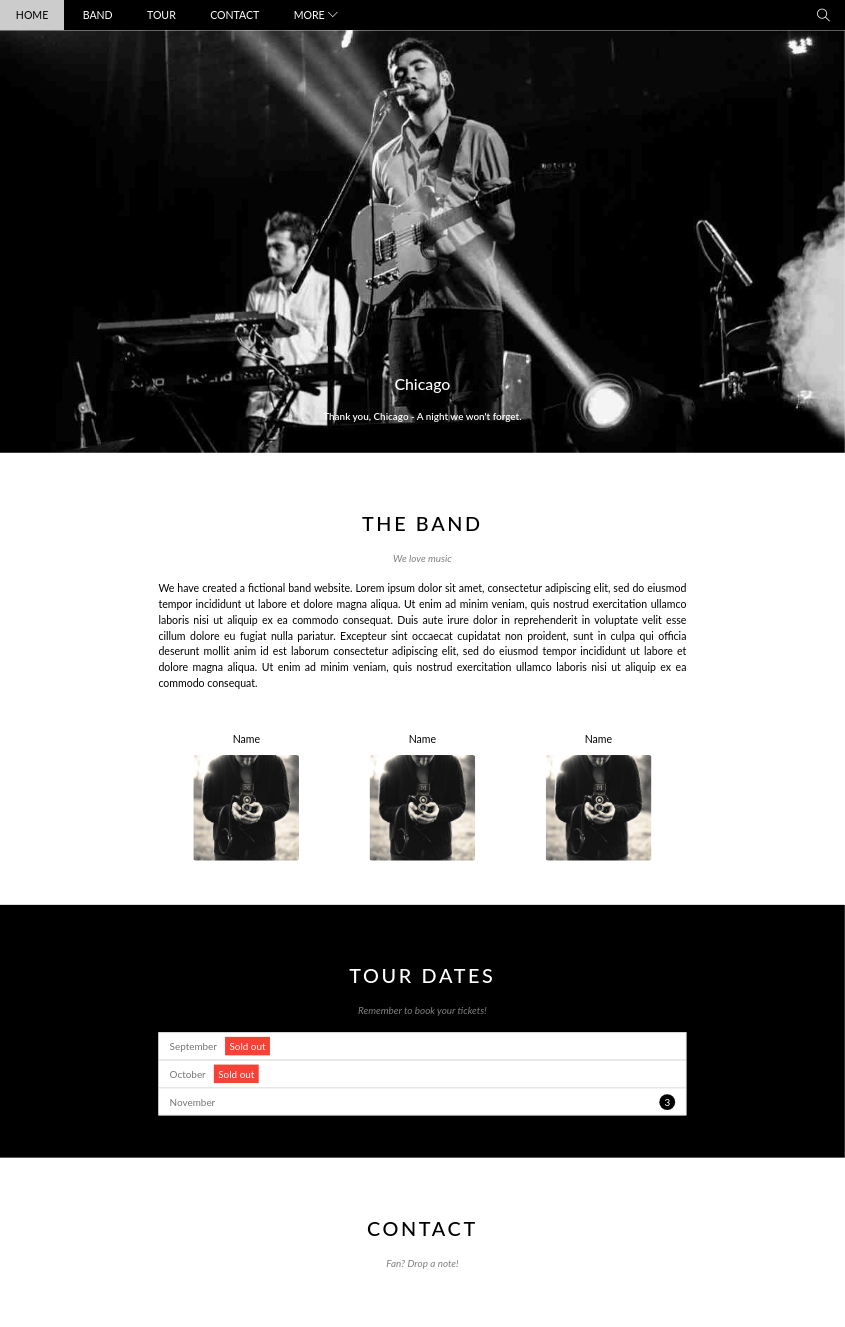
Repository: tatvanhco/web-dau-tay
Page: index.html
The author's editor kept a copy of each file at every save. The page is drawn from the files as they stood at one save, then again after the next save.
The browser window is 1280 px wide. The pictures show the whole page, at 66% of full size.

Above is the page before, as saved 2022-01-23 19:51:13.

### index.html
<!DOCTYPE html>
<html lang="en">
<head>
    <meta charset="UTF-8">
    <!-- <meta http-equiv="X-UA-Compatible" content="IE=edge"> -->
    <meta name="viewport" content="width=device-width, initial-scale=1.0">
    <title>the band</title>
    <link rel="shortcut icon" href="./assets/img/band/logo.png" type="image/x-icon">
    <link rel="stylesheet" href="./assets/fronts/themify-icons/themify-icons.css">
    <link rel="stylesheet" href="./assets/css/style.css">
    <link rel="stylesheet" href="./assets/css/responsive.css">
</head>
<body>
    <div id="main">
        <div id="header">
            <ul id="nav">
                <li><a href="#">home</a></li>
                <li><a href="#">band</a></li>
                <li><a href="#">tour</a></li>
                <li><a href="#">contact</a></li>
                <li>
                    <a href="#">more
                        <i class="drop-down ti-angle-down"></i>
                    </a>
                    <div class="subnav">
                        <ul>
                            <li><a href="">Merchandise</a></li>
                            <li><a href="">Extras</a></li>
                            <li><a href="">Media</a></li>
                        </ul>
                    </div>
                </li>
            </ul>
            <div class="search-btn">
                <i class="search-icon ti-search"></i>
            </div>
        </div>
        <div id="slide">
            <div class="text-content">
                <h2 class="text-heading">Chicago</h2>
                <div class="text-desc">Thank you, Chicago - A night we won't forget.</div>
            </div>
        </div>
        <div id="content">
            <div class="content-section">
                <h2 class="section-heading">THE BAND</h2>
                <p class="section-sub-heading">We love music</p>
                <p class="about">
                    We have created a fictional band website. Lorem ipsum dolor sit amet, consectetur adipiscing elit, sed do eiusmod tempor incididunt ut labore et dolore magna aliqua. Ut enim ad minim veniam, quis nostrud exercitation ullamco laboris nisi ut aliquip ex ea commodo consequat. Duis aute irure dolor in reprehenderit in voluptate velit esse cillum dolore eu fugiat nulla pariatur. Excepteur sint occaecat cupidatat non proident, sunt in culpa qui officia deserunt mollit anim id est laborum consectetur adipiscing elit, sed do eiusmod tempor incididunt ut labore et dolore magna aliqua. Ut enim ad minim veniam, quis nostrud exercitation ullamco laboris nisi ut aliquip ex ea commodo consequat.
                </p>
                <div class="team">
                    <div class="team-list">
                        <p class="team-name">Name</p>
                        <img src="./assets/img/band/member.jpg" >
                    </div>

                    <div class="team-list">
                        <p class="team-name">Name</p>
                        <img src="./assets/img/band/member.jpg" >
                    </div>

                    <div class="team-list">
                        <p class="team-name">Name</p>
                        <img src="./assets/img/band/member.jpg" >
                    </div>
                </div>
                <div class="clear"></div>
            </div>

            <div class="tour-section">
                <div class="content-section">
                    <h2 class="text-white section-heading">TOUR DATES</h2>
                    <p class="text-white section-sub-heading">Remember to book your tickets!</p>
                    <ul class="ticket-list">
                        <li>September<span class="soldout">Sold out</span></li>
                        <li>October<span class="soldout">Sold out</span></li>
                        <li>November<span class="quatity">3</span></li>
                    </ul>
                </div>
                <div class="clear"></div>
            </div>

            <div class="content-section">
                <h2 class="section-heading">CONTACT</h2>
                <p class="section-sub-heading">Fan? Drop a note!</p>
            </div>

        </div>

        <div id="footer">

        </div>
    </div>
</body>
</html>

### assets/css/style.css
* {
    margin: 0;
    padding: 0;
    box-sizing: border-box;
}

body {
    font-family: "Lato", sans-serif;
}

.clear {
    clear: both;
}

.text-white {
    color: #fff !important;
}

#header {
    width: 100%;
    height: 46px;
    background-color: #000;
    position: fixed;
    top: 0;
    left: 0;
    right: 0;
    z-index: 1;
}
#nav {
    display: inline-block;
}

#nav > li {
    display: inline-block;
}

#nav li {
    position: relative;
    list-style-type: none;
}

#nav > li > a {
    color: #fff;
    text-transform: uppercase;
}

#nav li a {
    text-decoration: none;
    padding: 0 24px;
    line-height: 46px;
    display: block;

}

#nav li:hover .subnav {
    display: block;
}

#nav .subnav li:hover a,
#nav > li:hover > a {
    background-color: #ccc;
    color: #000;
}

#nav .subnav {
    display: none;
    min-width: 160px;
    position: absolute;
    top: 100%;
    left: 0;
    background-color: #fff;
    box-shadow: 0 0 10px rgba(0, 0, 0, 0.3);
}

#nav .subnav a {
    color: #000;
    padding: 0px 24px;
    line-height: 38px;
}

#header .search-btn {
    float: right;
    padding: 0 22px;
    cursor: pointer;
}

#header .search-btn:hover {
    background-color: #f44336;
}

#header .search-icon {
    color: #fff;
    font-size: 20px;
    line-height: 46px;
}

#slide {
    position: relative;
    margin-top: 46px;
    padding-top: 50%;
    background: url(/assets/img/slider/chicago.jpg) top center / cover no-repeat;
}

#slide .text-content {
    color: #fff;
    position: absolute;
    bottom: 47px;
    /* cách canh giữa
    left: 50%;
    transform: translateX(-50%); */
    width: 100%;
    text-align: center;
}

#slide .text-heading {
    font-weight: 500;
    font-size: 24px;
}

#slide .text-desc {
    font-weight: 600;
    margin-top: 25px;
    font-size: 15px;
}

#content {

}

#content .content-section {
    max-width: 800px;
    margin-left: auto;
    margin-right: auto;
    padding: 64px 0;
}

#content .section-heading,
#content .section-sub-heading {
    text-align: center;
    margin: 25px 0;
}

#content .section-heading {
    font-size: 30px;
    font-weight: 500;
    letter-spacing: 4px;
}

#content .section-sub-heading {
    font-size: 15px;
    opacity: 0.5;
    font-style: italic;
}

#content .about {
    text-align: justify;
    line-height: 1.5;
}

#content .team {
    margin-top: 48px;
}

#content .team-name {
    margin: 15px 0;
}

#content .team-list {
    float: left;
    width: 33.33333%;
    text-align: center;
}

#content .team-list img {
    width: 60%;
    border-radius: 4px;
    text-align: center;
}

.tour-section {
    background-color: #000;
}

.ticket-list {
    background-color: #fff;
}

.ticket-list li {
    color: #757575;
    list-style-type: none;
    font-size: 15px;
    border: 1px solid #ddd;
    padding: 11px 16px;
}

.ticket-list .soldout {
    color: #fff;
    margin-left: 12px;
    padding: 5px 7px;
    background-color: #f44336;
}

.ticket-list .quatity {
    float: right;
    width: 24px;
    height: 24px;
    border-radius: 50%;
    background-color: #000;
    color: #fff;
    text-align: center;
    line-height: 24px;
    margin-top: -2px;
}
}

Loaded but not shown: assets/fronts/themify-icons/themify-icons.css (common file); assets/css/responsive.css (no copy from this time; the picture is the same without it)

After the next save:
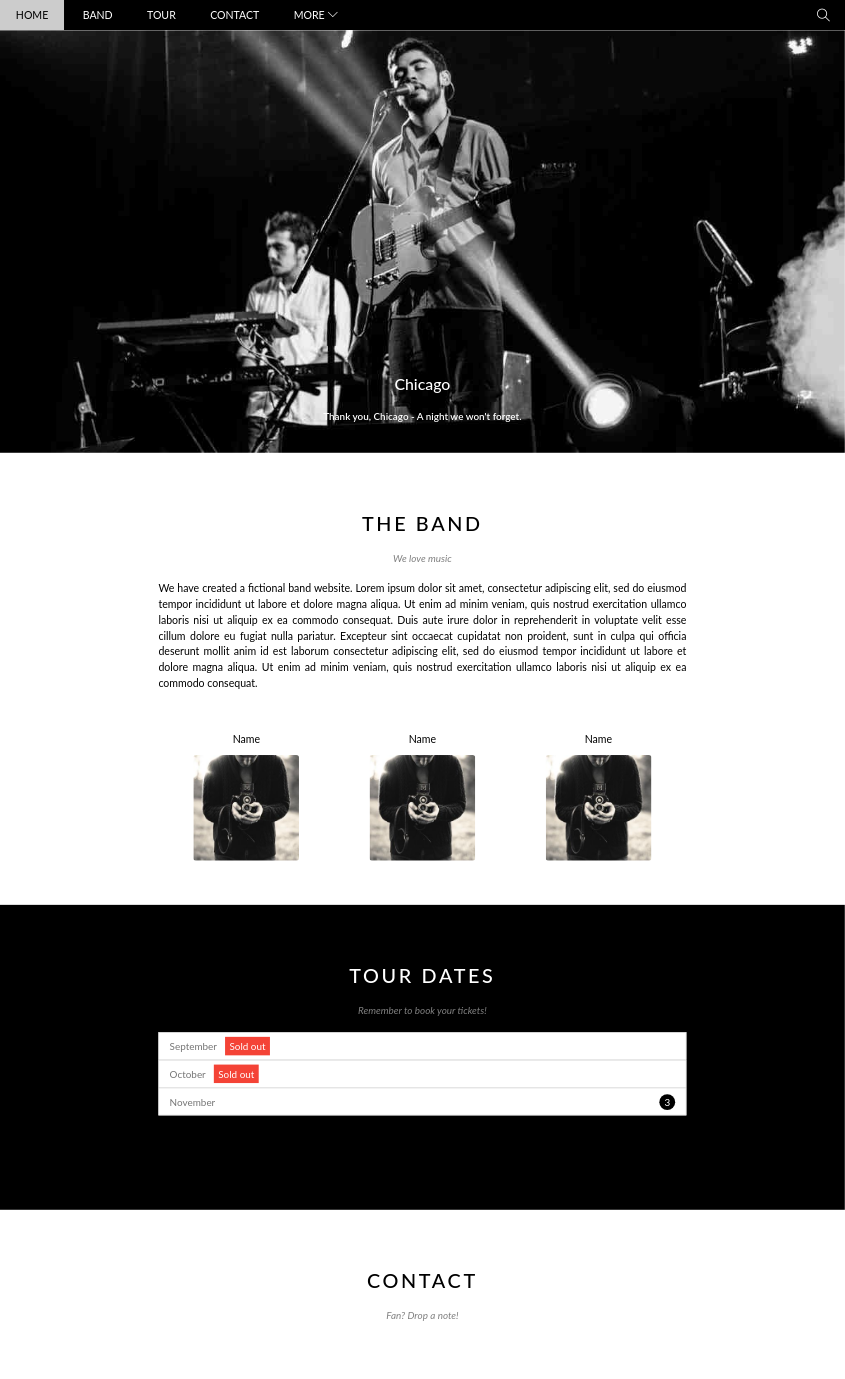
Saved 3 min 2 s later.
--- a/index.html
+++ b/index.html
@@ -76,6 +76,12 @@
                         <li>October<span class="soldout">Sold out</span></li>
                         <li>November<span class="quatity">3</span></li>
                     </ul>
+                    <div class="tour-place">
+                        <h3>New York</h3>
+                        <p>Fri 27 Nov 2016</p>
+                        <p>Praesent tincidunt sed tellus ut rutrum sed vitae justo.</p>
+                        <a>Buy Tickets</a>
+                    </div>
                 </div>
                 <div class="clear"></div>
             </div>
